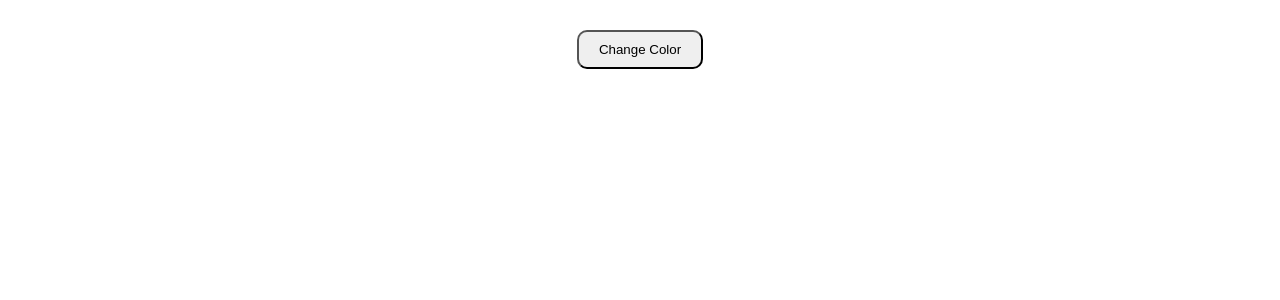
Repository: minhvtQA/randomBackgroundColor
Page: index.html
These files come from the project's save history. The page is drawn as it stood at one moment and after the next save; the edit follows.
The browser window is 1280 px wide. The pictures show the whole page.

Above is the page before, as saved 2021-11-07 16:54:22.

### index.html
<!DOCTYPE html>
<html lang="en">
<head>
    <meta charset="UTF-8">
    <meta http-equiv="X-UA-Compatible" content="IE=edge">
    <meta name="viewport" content="width=device-width, initial-scale=1.0">
    <title>Document</title>

    <link rel="stylesheet" href="reset.css">
    <link rel="stylesheet" href="styles.css">
    <link href="https://fonts.googleapis.com/css2?family=Poppins:wght@100;300;700&display=swap" rel="stylesheet">
    <link rel="stylesheet" href="https://cdnjs.cloudflare.com/ajax/libs/font-awesome/6.0.0-beta2/css/all.min.css" integrity="sha512-YWzhKL2whUzgiheMoBFwW8CKV4qpHQAEuvilg9FAn5VJUDwKZZxkJNuGM4XkWuk94WCrrwslk8yWNGmY1EduTA==" crossorigin="anonymous" referrerpolicy="no-referrer" />
</head>
<body>
    <div class="background">
        <button>Change Color</button>
    </div>
    <script src=""></script>
</body>
</html>

### styles.css
html {
  margin: 0;
  padding: 0;
  font-size: 62.5%;
}
.background {
  text-align: center;
  margin-top: 3rem;
}
button {
  padding: 1rem 2rem;
  border-radius: 1rem;
  text-align: center;
}

Loaded but not shown: reset.css (common file)

After the next save:
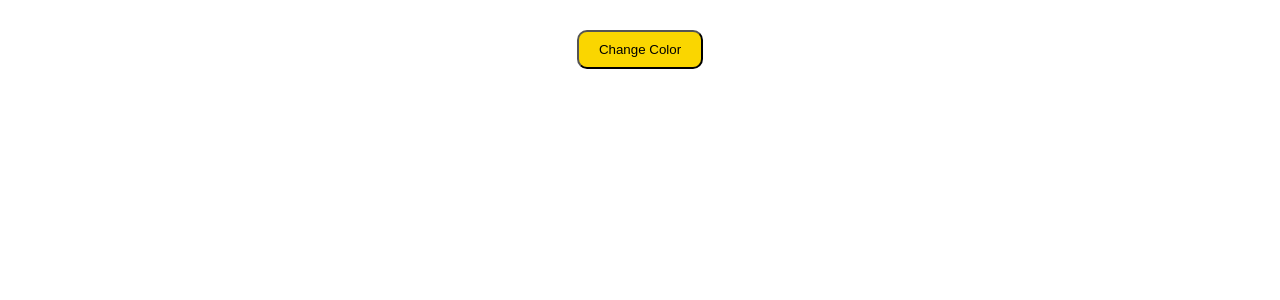
Saved 12 s later.
--- a/styles.css
+++ b/styles.css
@@ -11,4 +11,5 @@
   padding: 1rem 2rem;
   border-radius: 1rem;
   text-align: center;
+  background-color: #fad600;
 }

After the save that followed:
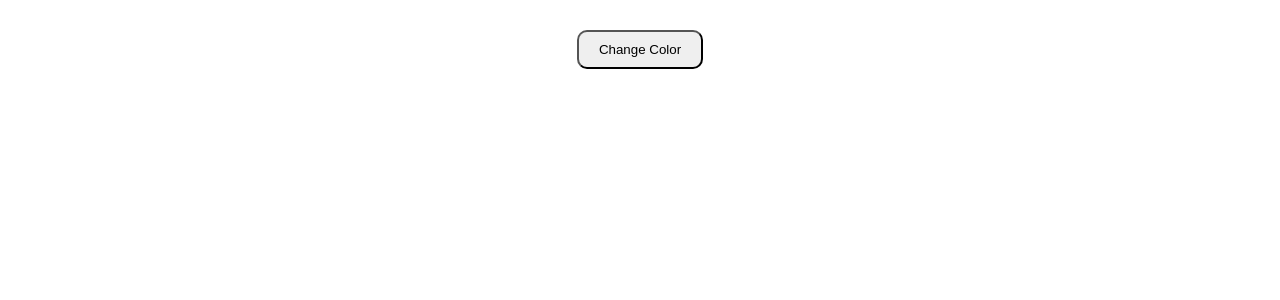
Saved 6 s later.
--- a/styles.css
+++ b/styles.css
@@ -11,5 +11,5 @@
   padding: 1rem 2rem;
   border-radius: 1rem;
   text-align: center;
-  background-color: #fad600;
+  background-color: #fd600;
 }
